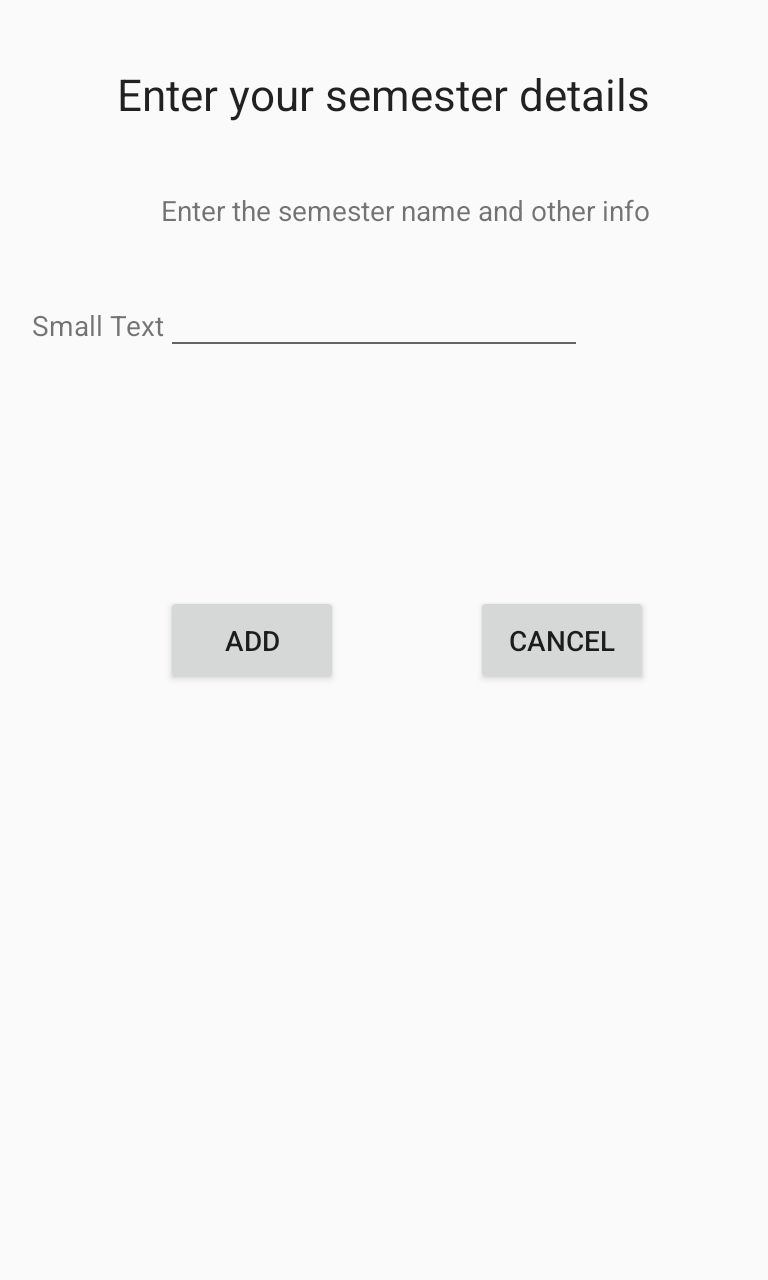
Repository: TeamZhao/Assignment-Tracker
Layout: Assignment-Tracker/AssignmentTracker/res/layout/activity_main.xml
An editor plug-in stored every save of this project. The layout is shown before and after the next save, followed by the edit.
It is drawn on a 768 x 1280 px phone screen (xhdpi) without system bars, with theme AppTheme; the app's code is not run.

Above is the layout before, as saved 2014-10-10 21:16:45.

After the next save:
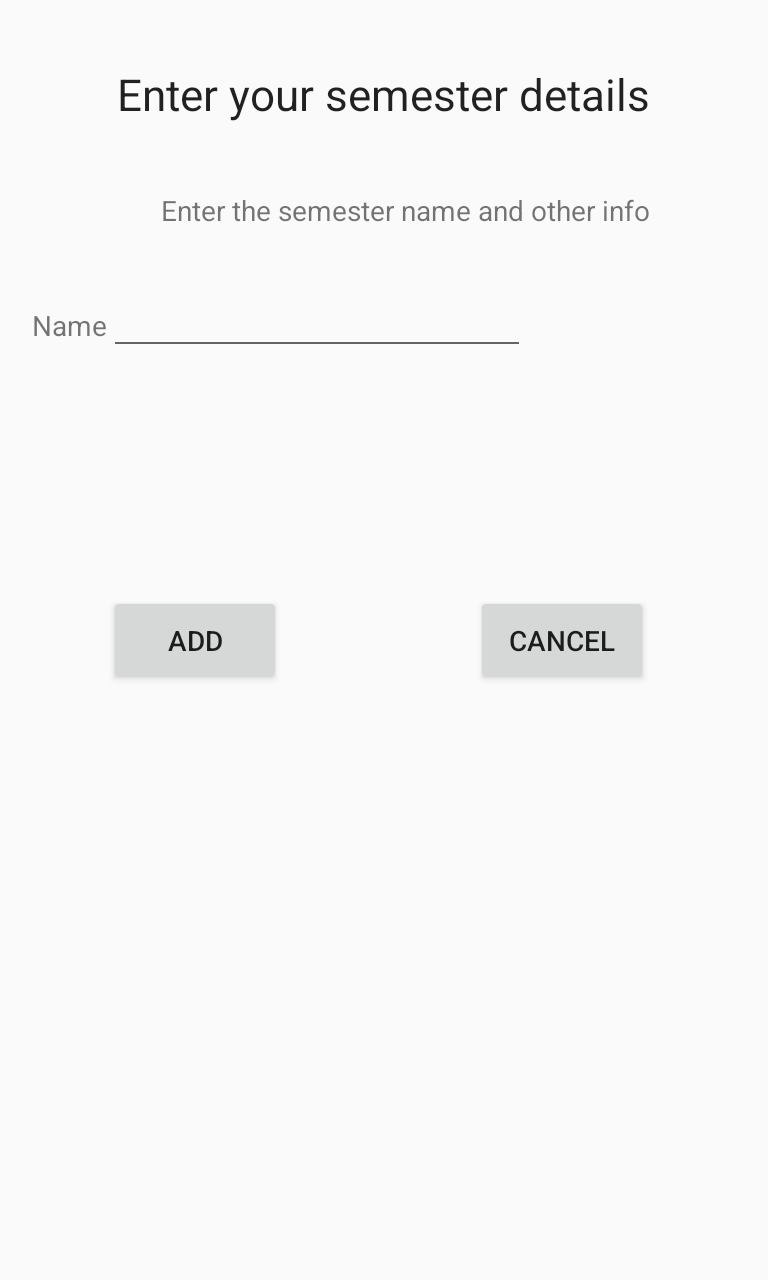
Saved 9 s later.
--- a/Assignment-Tracker/AssignmentTracker/res/layout/activity_main.xml
+++ b/Assignment-Tracker/AssignmentTracker/res/layout/activity_main.xml
@@ -60,7 +60,7 @@
         android:layout_alignBaseline="@+id/semesterDetails"
         android:layout_alignBottom="@+id/semesterDetails"
         android:layout_alignParentLeft="true"
-        android:text="Small Text"
+        android:text="@string/nameOfSemester"
         android:textAppearance="?android:attr/textAppearanceSmall" />
 
 </RelativeLayout>
